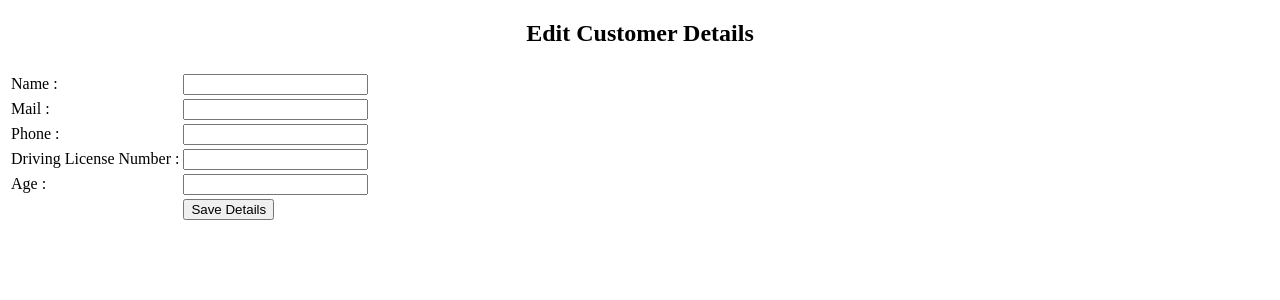
Repository: Nuthan12/Bike-Rental-System
Page: http://localhost/Bike_Rental_System/WEB-INF/jsp/customerEditForm.jsp
The author's editor kept a copy of each file at every save. The page is drawn from the files as they stood at one save, then again after the next save.
The browser window is 1280 px wide. The pictures show the whole page.
The page is served by Tomcat 9. Nobody is signed in. Other server files are loaded and not shown. The template is opened directly, without the code that normally fills it, so the values that code supplies are empty.

Above is the page before, as saved 2023-05-05 11:49:21.

### Bike_Rental_System/src/main/webapp/WEB-INF/jsp/customerEditForm.jsp
<%@ page language="java" contentType="text/html; charset=ISO-8859-1"
	pageEncoding="ISO-8859-1"%>
<%@ taglib uri="http://www.springframework.org/tags/form" prefix="form"%>
<%@ taglib uri="http://java.sun.com/jsp/jstl/core" prefix="c"%>
<!DOCTYPE html>
<html>
<head>
<meta charset="ISO-8859-1">
<title>Edit Customer Details</title>
</head>
<body>
	<h2 align="center">Edit Customer Details</h2>
	<form:form method="POST" action="editsave">
		<table>
			<tr>
				<td></td>
				<td><form:hidden path="cust_Id" /></td>
			</tr>
			<tr>
				<td>Name :</td>
				<td><form:input path="cust_Name" /></td>
			</tr>
			<tr>
				<td>Mail :</td>
				<td><form:input path="cust_Mail" /></td>
			</tr>
			<tr>
				<td>Phone :</td>
				<td><form:input path="cust_Phone" /></td>
			</tr>
			<tr>
				<td>Driving License Number :</td>
				<td><form:input path="dl_Number" /></td>
			</tr>
			<tr>
				<td>Age :</td>
				<td><form:input path="age" /></td>
			</tr>

			<tr>
				<td></td>
				<td><input type="submit" value="Save Details" /></td>
			</tr>
		</table>
	</form:form>
</body>
</html>

After the next save:
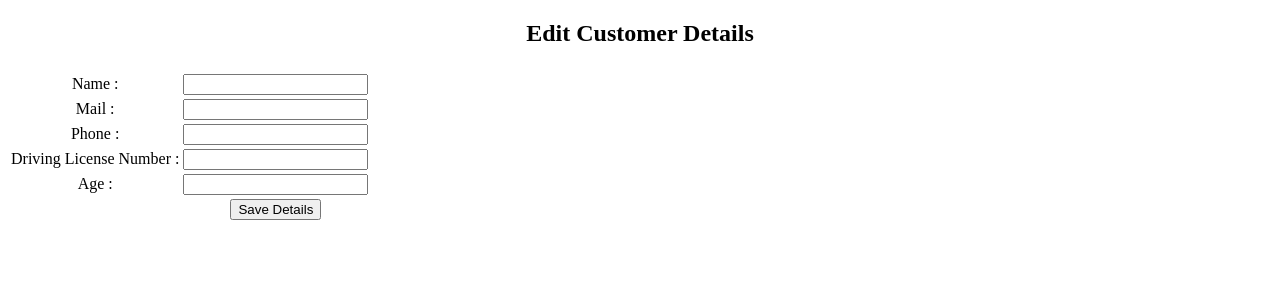
Saved 98 s later.
--- a/Bike_Rental_System/src/main/webapp/WEB-INF/jsp/customerEditForm.jsp
+++ b/Bike_Rental_System/src/main/webapp/WEB-INF/jsp/customerEditForm.jsp
@@ -10,7 +10,7 @@
 </head>
 <body>
 	<h2 align="center">Edit Customer Details</h2>
-	<form:form method="POST" action="editsave">
+	<form:form method="POST" action="editsave" align="center">
 		<table>
 			<tr>
 				<td></td>
